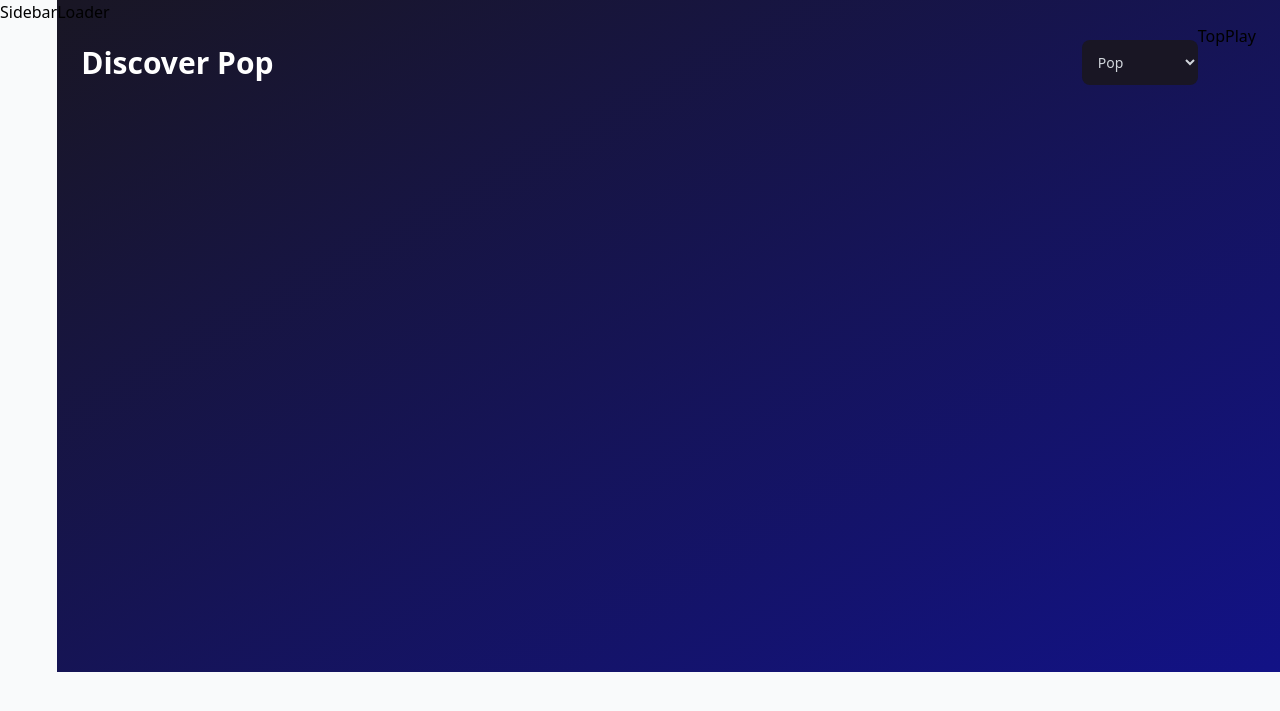
Repository: sonzx117/Sportify
Page: / (app in lyriks_starter_code/)
The author's editor kept a copy of each file at every save. The page is drawn from the files as they stood at one save, then again after the next save.
The browser window is 1280 px wide. The pictures show the whole page.
The project was rebuilt for these pictures with package versions that can differ from the ones it lists, and the page was loaded fresh each time. Also part of the build but not shown: lyriks_starter_code/vite.config.js, lyriks_starter_code/src/components/ArtistCard.jsx, lyriks_starter_code/src/components/DetailsHeader.jsx, lyriks_starter_code/src/components/PlayPause.jsx, lyriks_starter_code/src/components/SongBar.jsx, lyriks_starter_code/src/components/RelatedSongs.jsx, lyriks_starter_code/src/components/MusicPlayer/Controls.jsx, lyriks_starter_code/src/components/MusicPlayer/Player.jsx and 12 more.

Above is the page before, as saved 2023-12-27 16:15:03.

### lyriks_starter_code/src/redux/features/playerSlice.js
import { createSlice } from '@reduxjs/toolkit';

const initialState = {
  currentSongs: [],
  currentIndex: 0,
  isActive: false,
  isPlaying: false,
  activeSong: {},
  genreListId: '',
};

const playerSlice = createSlice({
  name: 'player',
  initialState,
  reducers: {
    setActiveSong: (state, action) => {
      state.activeSong = action.payload.song;

      if (action.payload?.data?.tracks?.hits) {
        state.currentSongs = action.payload.data.tracks.hits;
      } else if (action.payload?.data?.properties) {
        state.currentSongs = action.payload?.data?.tracks;
      } else {
        state.currentSongs = action.payload.data;
      }

      state.currentIndex = action.payload.i;
      state.isActive = true;
    },

    nextSong: (state, action) => {
      if (state.currentSongs[action.payload]?.track) {
        state.activeSong = state.currentSongs[action.payload]?.track;
      } else {
        state.activeSong = state.currentSongs[action.payload];
      }

      state.currentIndex = action.payload;
      state.isActive = true;
    },

    prevSong: (state, action) => {
      if (state.currentSongs[action.payload]?.track) {
        state.activeSong = state.currentSongs[action.payload]?.track;
      } else {
        state.activeSong = state.currentSongs[action.payload];
      }

      state.currentIndex = action.payload;
      state.isActive = true;
    },

    playPause: (state, action) => {
      state.isPlaying = action.payload;
    },

    selectGenreListId: (state, action) => {
      state.genreListId = action.payload;
    },
  },
});

export const { setActiveSong, nextSong, prevSong, playPause, selectGenreListId } = playerSlice.actions;

export default playerSlice.reducer;

### lyriks_starter_code/src/pages/Discover.jsx
import { Error, Loader } from '../components';
import { genres } from '../assets/constants';

const genreTitle = "Pop";
const Discover = () => {
  console.log(genres);
  return (
      <div className='flex flex-col'>
      <div className='w-full flex justify-between items-center sm:flex-row flex-col mt-4 mb-10'>

        <h2 className='font-bold text-3xl text-white text-left'>Discover {genreTitle}</h2>
        <select onChange={()=>{}} value="" className='bg-black text-gray-300 p-3 text-sm rounded-lg outline-none sm:mt-0 mt-5'>
          {genres.map((genre) => <option key={genre.value} value={genre.value}>{genre.title}</option>)}
        </select>
          </div>
    </div>
  );
};
export default Discover;

### lyriks_starter_code/src/assets/constants.js
import { HiOutlineHashtag, HiOutlineHome, HiOutlinePhotograph, HiOutlineUserGroup } from 'react-icons/hi';

export const genres = [
  { title: 'Pop', value: 'POP' },
  { title: 'Hip-Hop', value: 'HIP_HOP_RAP' },
  { title: 'Dance', value: 'DANCE' },
  { title: 'Electronic', value: 'ELECTRONIC' },
  { title: 'Soul', value: 'SOUL_RNB' },
  { title: 'Alternative', value: 'ALTERNATIVE' },
  { title: 'Rock', value: 'ROCK' },
  { title: 'Latin', value: 'LATIN' },
  { title: 'Film', value: 'FILM_TV' },
  { title: 'Country', value: 'COUNTRY' },
  { title: 'Worldwide', value: 'WORLDWIDE' },
  { title: 'Reggae', value: 'REGGAE_DANCE_HALL' },
  { title: 'House', value: 'HOUSE' },
  { title: 'K-Pop', value: 'K_POP' },
];

export const links = [
  { name: 'Discover', to: '/', icon: HiOutlineHome },
  { name: 'Around You', to: '/around-you', icon: HiOutlinePhotograph },
  { name: 'Top Artists', to: '/top-artists', icon: HiOutlineUserGroup },
  { name: 'Top Charts', to: '/top-charts', icon: HiOutlineHashtag },
];

Loaded but not shown: lyriks_starter_code/index.html (common file); lyriks_starter_code/src/index.jsx (common file); lyriks_starter_code/src/index.css (common file); lyriks_starter_code/src/App.jsx (common file); lyriks_starter_code/src/redux/store.js (common file); lyriks_starter_code/src/components/index.js (common file); lyriks_starter_code/src/pages/index.js (common file); lyriks_starter_code/src/components/Sidebar.jsx (common file); lyriks_starter_code/src/components/Searchbar.jsx (common file); lyriks_starter_code/src/components/TopPlay.jsx (common file); lyriks_starter_code/tailwind.config.js (common file); lyriks_starter_code/src/components/SongCard.jsx (common file)

After the next save:
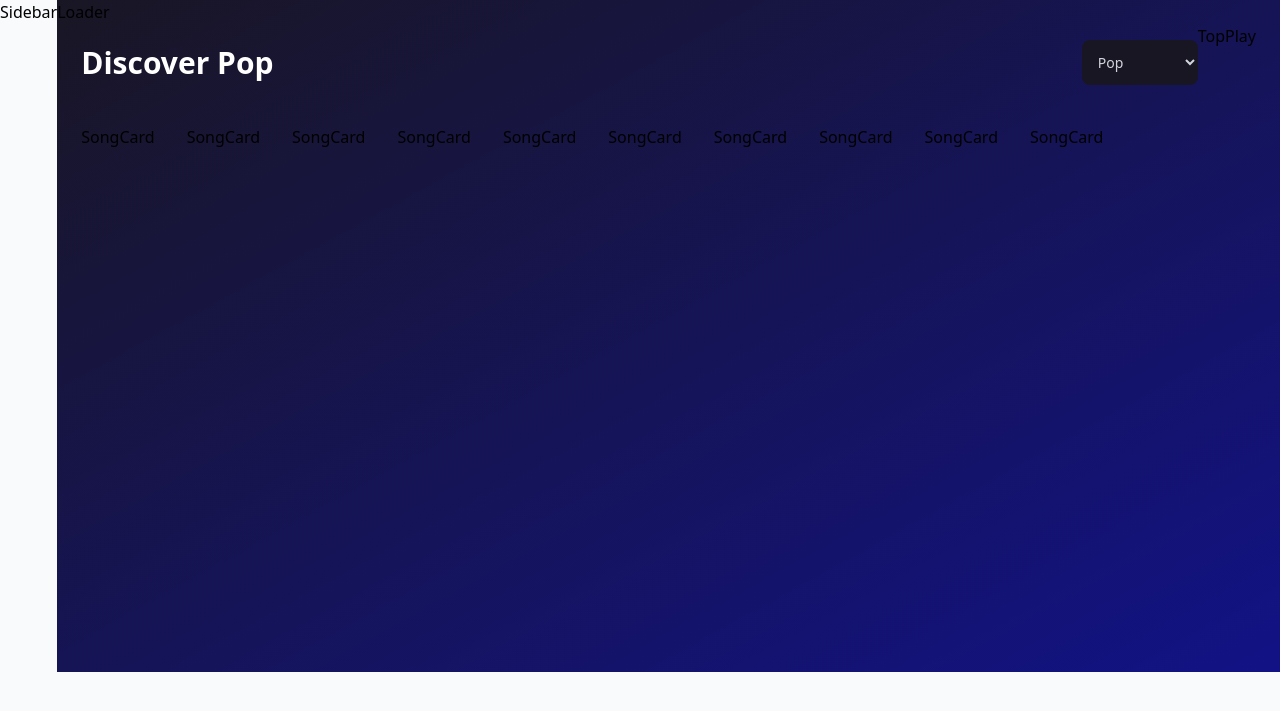
Saved 3 min 8 s later.
--- a/lyriks_starter_code/src/pages/Discover.jsx
+++ b/lyriks_starter_code/src/pages/Discover.jsx
@@ -1,4 +1,4 @@
-import { Error, Loader } from '../components';
+import { Error, Loader, SongCard } from '../components';
 import { genres } from '../assets/constants';
 
 const genreTitle = "Pop";
@@ -12,7 +12,15 @@ const Discover = () => {
         <select onChange={()=>{}} value="" className='bg-black text-gray-300 p-3 text-sm rounded-lg outline-none sm:mt-0 mt-5'>
           {genres.map((genre) => <option key={genre.value} value={genre.value}>{genre.title}</option>)}
         </select>
-          </div>
+      </div>
+      <div className='flex flex-wrap sm:justify-start justify-center gap-8'>
+        {[1, 2, 3, 4, 5, 6, 7, 8, 9, 10].map((song,i) => (
+          <SongCard
+            key={song.key}
+            song={song}
+            i={i} />
+        ))}
+      </div>
     </div>
   );
 };
